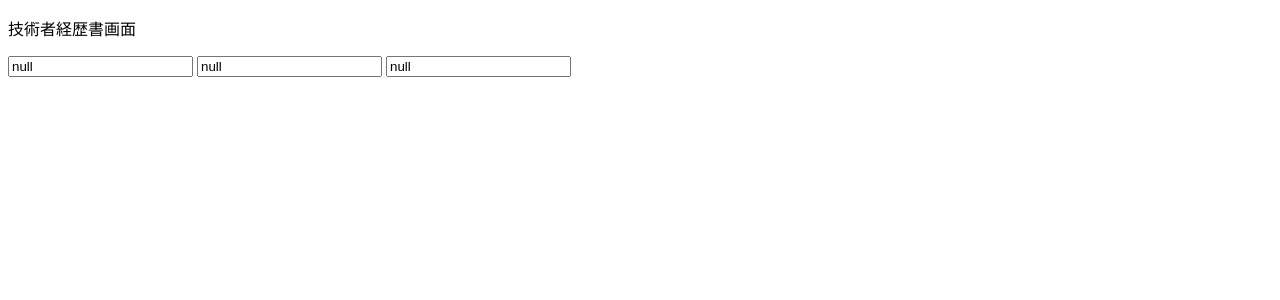
Repository: nguyenvantandev/WebApp
Page: http://localhost/EmployeeInfoSystem/Resume.jsp
The author's editor kept a copy of each file at every save. The page is drawn from the files as they stood at one save, then again after the next save.
The browser window is 1280 px wide. The pictures show the whole page.
The page is served by Tomcat 9. Other server files are loaded and not shown.

Above is the page before, as saved 2016-06-14 01:29:00.

### EmployeeInfoSystem/WebContent/Resume.jsp
<%@ page language="java" contentType="text/html; charset=UTF-8"
    pageEncoding="UTF-8"%>
<!DOCTYPE html PUBLIC "-//W3C//DTD HTML 4.01 Transitional//EN" "http://www.w3.org/TR/html4/loose.dtd">
<html>
<head>
<meta http-equiv="Content-Type" content="text/html; charset=UTF-8">
<title>技術者経歴書画面</title>
</head>
<body>
<p>技術者経歴書画面</p>
<input type="text" name="id" name="id" value="<%=request.getAttribute("id")%>" >

<!--社員マスタ検索画面と 経歴書検索画面の該当行の社員ID -->
<input type="text" id="actionId" name="actionId" value="<%=request.getAttribute("actionId")%>">
<!--社員マスタ検索画面  -->

<!--経歴書検索画面  -->
<input type="text" id="" name="" value="<%=request.getAttribute("")%>">
</body>
</html>

After the next save:
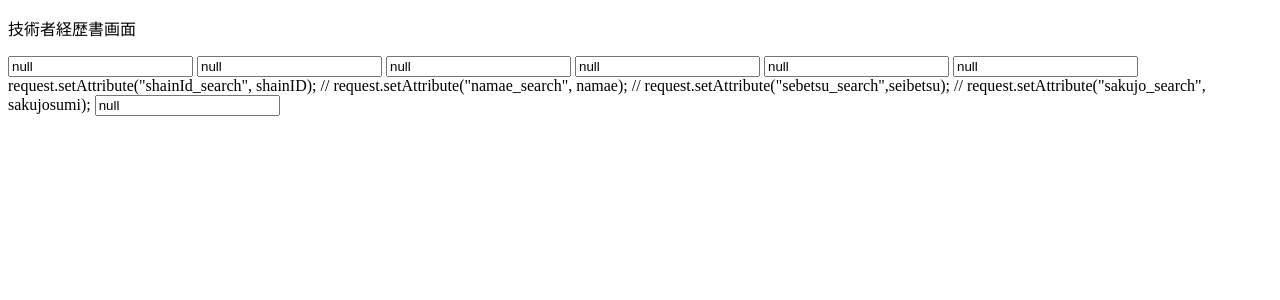
Saved 4 min 33 s later.
--- a/EmployeeInfoSystem/WebContent/Resume.jsp
+++ b/EmployeeInfoSystem/WebContent/Resume.jsp
@@ -13,6 +13,15 @@
 <!--社員マスタ検索画面と 経歴書検索画面の該当行の社員ID -->
 <input type="text" id="actionId" name="actionId" value="<%=request.getAttribute("actionId")%>">
 <!--社員マスタ検索画面  -->
+<input type="text" id="shain_shainId" name="shain_shainId" value="<%=request.getAttribute("shain_shainId")%>">
+<input type="text" id="shain_namae" name="shain_namae" value="<%=request.getAttribute("shain_namae")%>">
+<input type="text" id="shain_sebetsu" name="shain_sebetsu" value="<%=request.getAttribute("shain_sebetsu")%>">
+<input type="text" id="shain_sakujo" name="shain_sakujo" value="<%=request.getAttribute("shain_sakujo")%>">
+
+request.setAttribute("shainId_search", shainID);
+//			request.setAttribute("namae_search", namae);
+//			request.setAttribute("sebetsu_search",seibetsu);
+//			request.setAttribute("sakujo_search", sakujosumi);
 
 <!--経歴書検索画面  -->
 <input type="text" id="" name="" value="<%=request.getAttribute("")%>">
